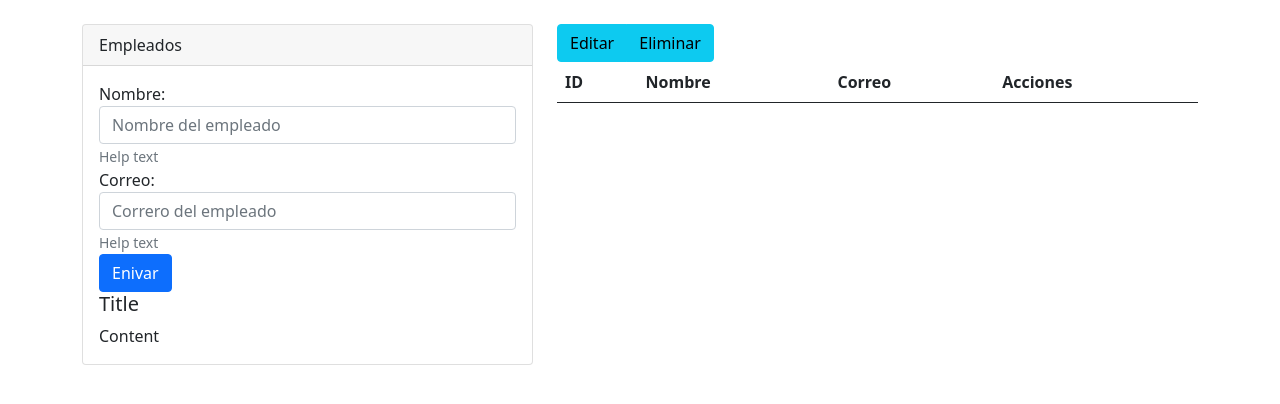
Repository: LionardoGomiz/CRUD-JS-VAINILLA
Page: index.html
The author's editor kept a copy of each file at every save. The page is drawn from the files as they stood at one save, then again after the next save.
The browser window is 1280 px wide. The pictures show the whole page.
The page's requests for data from a server got no answer.

Above is the page before, as saved 2021-08-12 15:51:36.

After the next save:
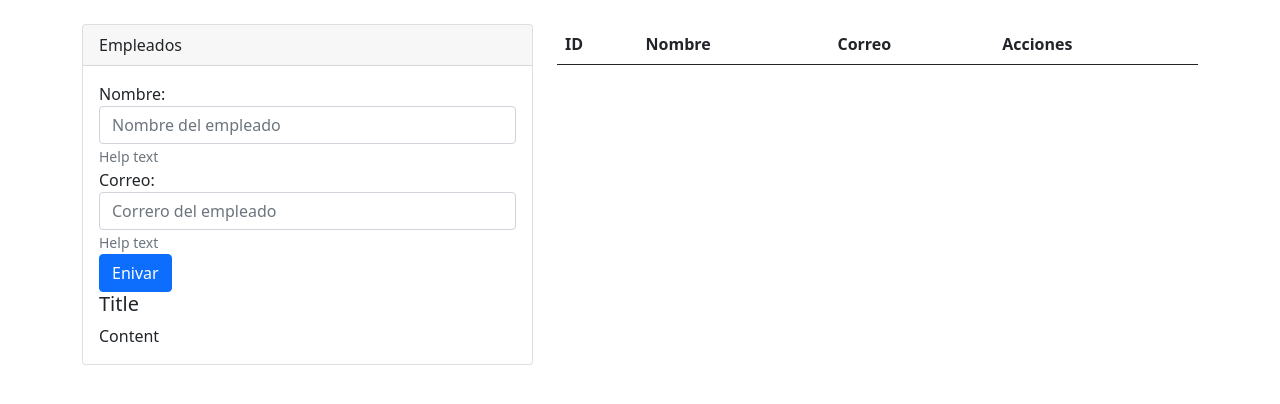
Saved 50 s later.
--- a/index.html
+++ b/index.html
@@ -53,10 +53,7 @@
                         </tr>
                     </thead>
                     <tbody id="empleados">
-                    <div class="btn-group" role="group">
-                        <button type="button" class="btn btn-info">Editar</button>
-                         <button type="button" class="btn btn-info">Eliminar</button>
-                    </div>
+
                     </tbody>
                 </table>
             </div>
